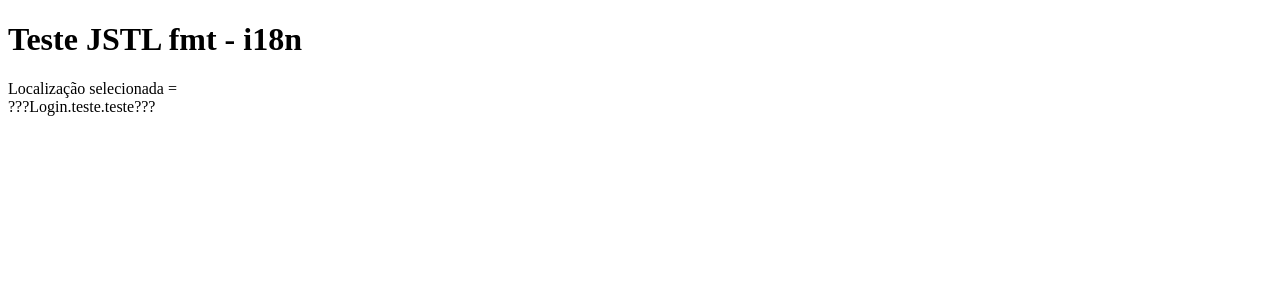
Repository: GabrielGGhost/EstudoJavaAW1-AW2
Page: http://localhost/estudos10/jsp/exemploI18N.jsp
The author's editor kept a copy of each file at every save. The page is drawn from the files as they stood at one save, then again after the next save.
The browser window is 1280 px wide. The pictures show the whole page.
The page is served by Tomcat 9.

Above is the page before, as saved 2020-10-23 17:09:16.

After the next save:
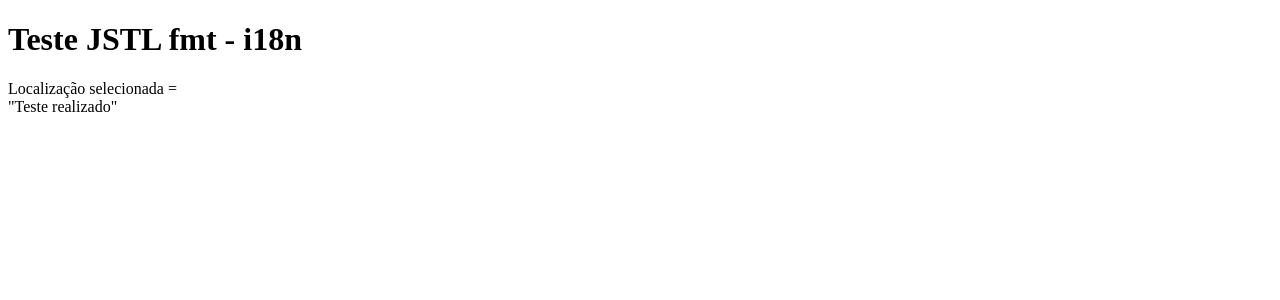
Saved 12 s later.
--- a/estudos10/WebContent/jsp/exemploI18N.jsp
+++ b/estudos10/WebContent/jsp/exemploI18N.jsp
@@ -12,7 +12,7 @@
 	<h1>Teste JSTL fmt - i18n</h1>
 	Localização selecionada = ${param.language} <br/>
 	<fmt:setLocale value="{param.language}"/>
-		<fmt:bundle basename="com.estudo.bundles.teste" prefix="Login.">
+		<fmt:bundle basename="com.estudo.bundles.teste">
 			<fmt:message key="teste.teste"> </fmt:message>
 		</fmt:bundle>
 </body>
